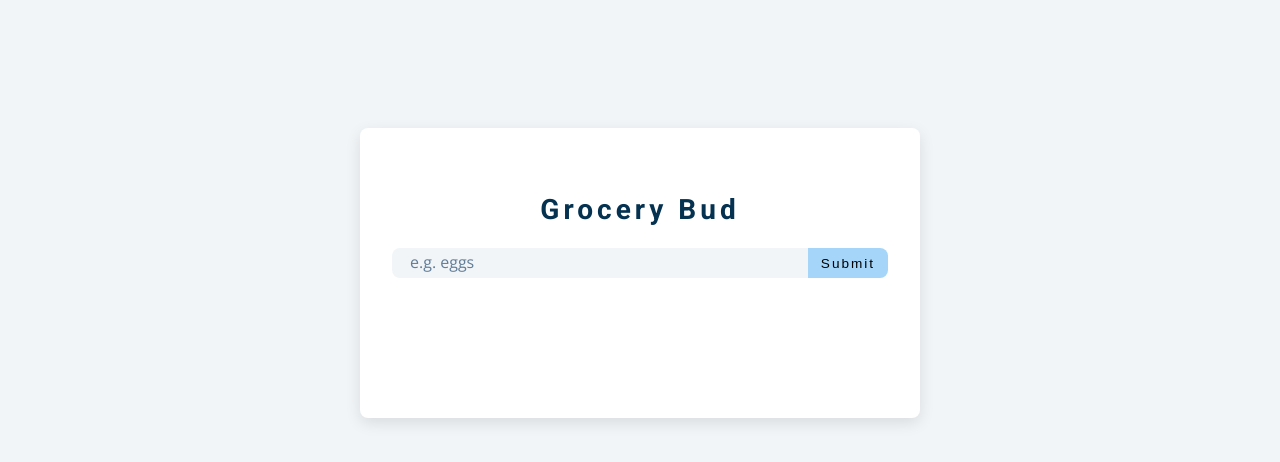
Repository: sunny070/javaScript
Page: Grogery_14/index.html
The author's editor kept a copy of each file at every save. The page is drawn from the files as they stood at one save, then again after the next save.
The browser window is 1280 px wide. The pictures show the whole page.
Some web libraries are served in a nearby version.

Above is the page before, as saved 2023-10-31 11:57:07.

### Grogery_14/index.html
<!DOCTYPE html>
<html lang="en">
<head>
    <meta charset="UTF-8">
    <meta name="viewport" content="width=device-width, initial-scale=1.0">
    <title>Grocery Bud</title>
    <link
    rel="stylesheet"
    href="https://cdnjs.cloudflare.com/ajax/libs/font-awesome/5.14.0/css/all.min.css"
  />
    <link rel="stylesheet" href="style.css">
</head>
<body>
    <section class="section-center">
        <!-- form -->
        <form action="" class="grocery-form">
            <p class="alert"></p>
            <h3>grocery bud</h3>
            <div class="form-control">
                <input type="text" id="grocery" placeholder="e.g. eggs">
                <button type="submit" class="submit-btn">submit</button>
            </div>
        </form>
        <!-- list -->
        <div class="grocery-container">
            <div class="grocery-list">
                <article class="grocery-item">
                    <p class="title">item</p>
                    <div class="btn-container">
                        <button type="button" class="edit-btn">
                            <i class="fas fa-edit"></i>
                        </button>
                        <button type="button" class="delete-btn">
                            <i class="fas fa-trash"></i>
                        </button>
                    </div>
                </article>
            </div>
            <!-- button -->
            <button type="button" class="clear-btn">clear items</button>
        </div>
    </section>
    <script src="app.js"></script>
</body>
</html>

### Grogery_14/style.css
/*
===============
Fonts
===============
*/
@import url("https://fonts.googleapis.com/css?family=Open+Sans|Roboto:400,700&display=swap");

/*
===============
Variables
===============
*/

:root {
  /* dark shades of primary color*/
  --clr-primary-1: hsl(205, 86%, 17%);
  --clr-primary-2: hsl(205, 77%, 27%);
  --clr-primary-3: hsl(205, 72%, 37%);
  --clr-primary-4: hsl(205, 63%, 48%);
  /* primary/main color */
  --clr-primary-5: #49a6e9;
  /* lighter shades of primary color */
  --clr-primary-6: hsl(205, 89%, 70%);
  --clr-primary-7: hsl(205, 90%, 76%);
  --clr-primary-8: hsl(205, 86%, 81%);
  --clr-primary-9: hsl(205, 90%, 88%);
  --clr-primary-10: hsl(205, 100%, 96%);
  /* darkest grey - used for headings */
  --clr-grey-1: hsl(209, 61%, 16%);
  --clr-grey-2: hsl(211, 39%, 23%);
  --clr-grey-3: hsl(209, 34%, 30%);
  --clr-grey-4: hsl(209, 28%, 39%);
  /* grey used for paragraphs */
  --clr-grey-5: hsl(210, 22%, 49%);
  --clr-grey-6: hsl(209, 23%, 60%);
  --clr-grey-7: hsl(211, 27%, 70%);
  --clr-grey-8: hsl(210, 31%, 80%);
  --clr-grey-9: hsl(212, 33%, 89%);
  --clr-grey-10: hsl(210, 36%, 96%);
  --clr-white: #fff;
  --clr-red-dark: hsl(360, 67%, 44%);
  --clr-red-light: hsl(360, 71%, 66%);
  --clr-green-dark: hsl(125, 67%, 44%);
  --clr-green-light: hsl(125, 71%, 66%);
  --clr-black: #222;
  --ff-primary: "Roboto", sans-serif;
  --ff-secondary: "Open Sans", sans-serif;
  --transition: all 0.3s linear;
  --spacing: 0.25rem;
  --radius: 0.5rem;
  --light-shadow: 0 5px 15px rgba(0, 0, 0, 0.1);
  --dark-shadow: 0 5px 15px rgba(0, 0, 0, 0.2);
  --max-width: 1170px;
  --fixed-width: 620px;
}
/*
===============
Global Styles
===============
*/

*,
::after,
::before {
  margin: 0;
  padding: 0;
  box-sizing: border-box;
}
body {
  font-family: var(--ff-secondary);
  background: var(--clr-grey-10);
  color: var(--clr-grey-1);
  line-height: 1.5;
  font-size: 0.875rem;
}
ul {
  list-style-type: none;
}
a {
  text-decoration: none;
}
img:not(.logo) {
  width: 100%;
}
img {
  display: block;
}

h1,
h2,
h3,
h4 {
  letter-spacing: var(--spacing);
  text-transform: capitalize;
  line-height: 1.25;
  margin-bottom: 0.75rem;
  font-family: var(--ff-primary);
}
h1 {
  font-size: 3rem;
}
h2 {
  font-size: 2rem;
}
h3 {
  font-size: 1.25rem;
}
h4 {
  font-size: 0.875rem;
}
p {
  margin-bottom: 1.25rem;
  color: var(--clr-grey-5);
}
@media screen and (min-width: 800px) {
  h1 {
    font-size: 4rem;
  }
  h2 {
    font-size: 2.5rem;
  }
  h3 {
    font-size: 1.75rem;
  }
  h4 {
    font-size: 1rem;
  }
  body {
    font-size: 1rem;
  }
  h1,
  h2,
  h3,
  h4 {
    line-height: 1;
  }
}
/*  global classes */

.btn {
  text-transform: uppercase;
  background: transparent;
  color: var(--clr-black);
  padding: 0.375rem 0.75rem;
  letter-spacing: var(--spacing);
  display: inline-block;
  transition: var(--transition);
  font-size: 0.875rem;
  border: 2px solid var(--clr-black);
  cursor: pointer;
  box-shadow: 0 1px 3px rgba(0, 0, 0, 0.2);
  border-radius: var(--radius);
}
.btn:hover {
  color: var(--clr-white);
  background: var(--clr-black);
}
/* section */
.section {
  padding: 5rem 0;
}

.section-center {
  width: 90vw;
  margin: 0 auto;
  max-width: 35rem;
  margin-top: 8rem;
}
@media screen and (min-width: 992px) {
  .section-center {
    width: 95vw;
  }
}
main {
  min-height: 100vh;
  display: grid;
  place-items: center;
}
/*
===============
Grocery List
===============
*/
.section-center {
  background: var(--clr-white);
  border-radius: var(--radius);
  box-shadow: var(--light-shadow);
  transition: var(--transition);
  padding: 2rem;
}
.section-center:hover {
  box-shadow: var(--dark-shadow);
}
.alert {
  margin-bottom: 1rem;
  height: 1.25rem;
  display: grid;
  align-items: center;
  text-align: center;
  font-size: 0.7rem;
  border-radius: 0.25rem;
  letter-spacing: var(--spacing);
  text-transform: capitalize;
}
.alert-danger {
  color: #721c24;
  background: #f8d7da;
}
.alert-success {
  color: #155724;
  background: #d4edda;
}
.grocery-form h3 {
  color: var(--clr-primary-1);
  margin-bottom: 1.5rem;
  text-align: center;
}
.form-control {
  display: flex;
  justify-content: center;
}
#grocery {
  padding: 0.25rem;
  padding-left: 1rem;
  background: var(--clr-grey-10);
  border-top-left-radius: var(--radius);
  border-bottom-left-radius: var(--radius);
  border-color: transparent;
  font-size: 1rem;
  flex: 1 0 auto;
  color: var(--clr-grey-5);
}
#grocery::placeholder {
  font-family: var(--ff-secondary);
  color: var(--clr-grey-5);
}
.submit-btn {
  background: var(--clr-primary-8);
  border-color: transparent;
  flex: 0 0 5rem;
  display: grid;
  align-items: center;
  padding: 0.25rem;
  text-transform: capitalize;
  letter-spacing: 2px;
  border-top-right-radius: var(--radius);
  border-bottom-right-radius: var(--radius);
  cursor: pointer;
  content: var(--clr-primary-5);
  transition: var(--transition);
  font-size: 0.85rem;
}
.submit-btn:hover {
  background: var(--clr-primary-5);
  color: var(--clr-white);
}

.grocery-container {
  margin-top: 2rem;
  transition: var(--transition);
  visibility: hidden;
}
.show-container {
  visibility: visible;
}
.grocery-item {
  display: flex;
  align-items: center;
  justify-content: space-between;
  margin-bottom: 0.5rem;
  transition: var(--transition);
  padding: 0.25rem 1rem;
  border-radius: var(--radius);
  text-transform: capitalize;
}
.grocery-item:hover {
  color: var(--clr-grey-5);
  background: var(--clr-grey-10);
}
.grocery-item:hover .title {
  color: var(--clr-grey-5);
}
.title {
  margin-bottom: 0;
  color: var(--clr-grey-1);
  letter-spacing: 2px;
  transition: var(--transition);
}
.edit-btn,
.delete-btn {
  background: transparent;
  border-color: transparent;
  cursor: pointer;
  font-size: 0.7rem;
  margin: 0 0.15rem;
  transition: var(--transition);
}
.edit-btn {
  color: var(--clr-green-light);
}
.edit-btn:hover {
  color: var(--clr-green-dark);
}
.delete-btn {
  color: var(--clr-red-light);
}
.delete-btn:hover {
  color: var(--clr-red-dark);
}
.clear-btn {
  text-transform: capitalize;
  width: 10rem;
  height: 1.5rem;
  display: grid;
  align-items: center;
  background: transparent;
  border-color: transparent;
  color: var(--clr-red-light);
  margin: 0 auto;
  font-size: 0.85rem;
  letter-spacing: var(--spacing);
  cursor: pointer;
  transition: var(--transition);
  margin-top: 1.25rem;
}
.clear-btn:hover {
  color: var(--clr-red-dark);
}

### Grogery_14/app.js
// ****** SELECT ITEMS **********
const alert = document.querySelector('.alert');
const form = document.querySelector('.grocery-form');
const grocery = document.getElementById('grocery');
const submitBtn = document.querySelector('.submit-btn');
const container = document.querySelector('.grocery-container');
const list = document.querySelector('.grocery-list');
const clearBtn = document.querySelector('.clear-btn');




// edit option
let editElement;
let editFlag = false;
let editID = "";
// ****** EVENT LISTENERS **********
// submit form
form.addEventListener('submit',addItem)
// ****** FUNCTIONS **********
function addItem(e){
    e.preventDefault();
    const value = grocery.value;

    const id = new Date().getTime().toString()
    // console.log(id);
    if(value && !editFlag ){
        const element = document.createElement('article');
        //  add class
        element.classList.add('grocery-item');
        // add id
        const attr = document.createAttribute('data-id');
        attr.value = id;
        element.setAttributeNode(attr);
        element.innerHTML = ``
    }else if(value  && editFlag){
        console.log("editing");
    }else{
        displayAlert('please enter value',"danger")
    }
}
// display alert
function displayAlert(text,action){
    alert.textContent = text;
    alert.classList.add(`alert-${action}`);


    // remove alert
    setTimeout(function(){
        alert.textContent = '';
        alert.classList.remove(`alert-${action}`);
    },1000)
}
// ****** LOCAL STORAGE **********

// ****** SETUP ITEMS **********

After the next save:
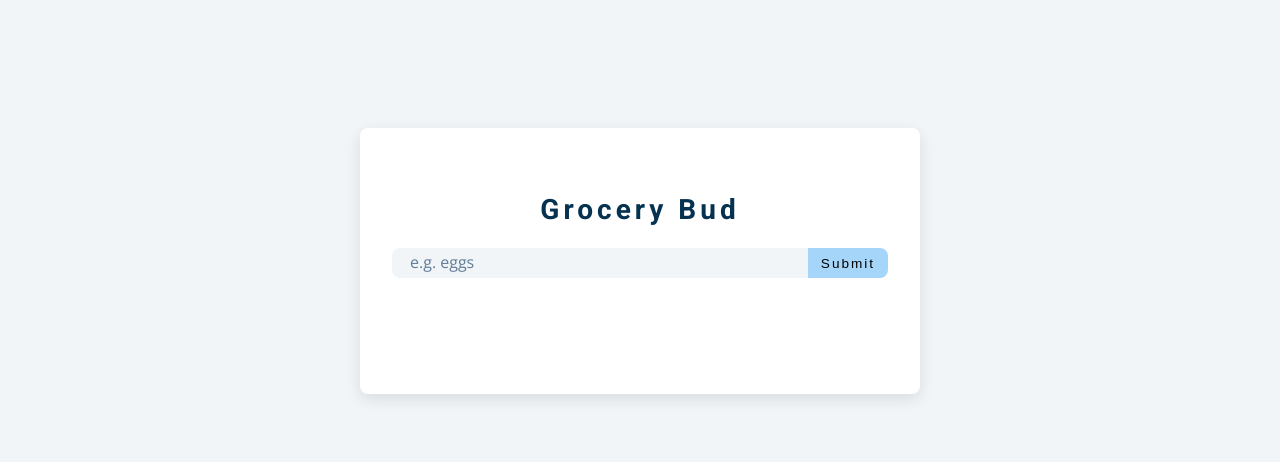
Saved 28 s later.
--- a/Grogery_14/index.html
+++ b/Grogery_14/index.html
@@ -25,15 +25,7 @@
         <div class="grocery-container">
             <div class="grocery-list">
                 <article class="grocery-item">
-                    <p class="title">item</p>
-                    <div class="btn-container">
-                        <button type="button" class="edit-btn">
-                            <i class="fas fa-edit"></i>
-                        </button>
-                        <button type="button" class="delete-btn">
-                            <i class="fas fa-trash"></i>
-                        </button>
-                    </div>
+
                 </article>
             </div>
             <!-- button -->
